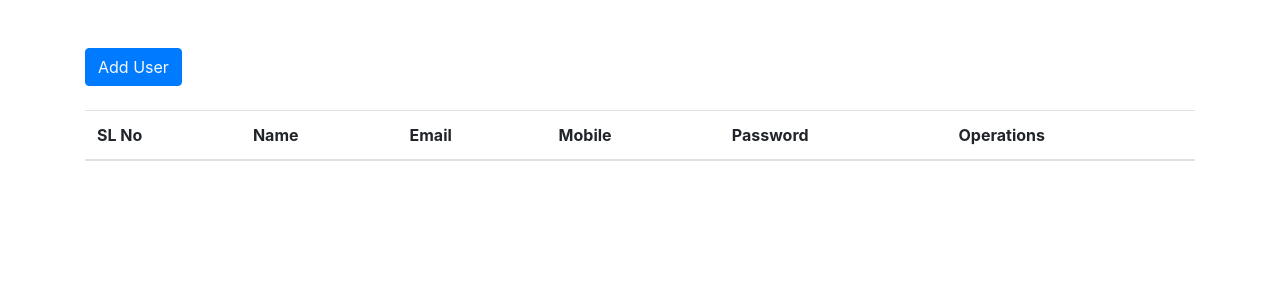
Repository: AMIT1439027/crud-app
Page: http://localhost/display.php
An editor plug-in stored every save of this project. The page is shown before and after a run of saves, followed by the edit.
The browser window is 1280 px wide. The pictures show the whole page.
The page is run by PHP 8.4 with error messages shown; the project is at /var/www/html/. Queries for data that is not in the repository find no rows.

Above is the page before, as saved 2024-04-25 10:38:39.

### display.php
<?php
 include('connect.php');
?>
<!DOCTYPE html>
<html lang="en">
<head>
    <meta charset="UTF-8">
    <meta name="viewport" content="width=device-width, initial-scale=1.0">
    <title>crud operation</title>
    <link rel="stylesheet" href="https://cdn.jsdelivr.net/npm/bootstrap@4.0.0/dist/css/bootstrap.min.css">


</head>
<body>

<div class="container my-5">
    <button class="btn btn-primary"><a href="user.php"
    class="text-light">Add User </a></button>

    <br>
    <br>

    <table class="table">
  <thead>
    <tr>
      <th scope="col">SL No</th>
      <th scope="col">Name</th>
      <th scope="col">Email</th>
      <th scope="col">Mobile</th>
      <th scope="col">Password</th>
      <th scope="col">Operations</th>

    </tr>
  </thead>
  <tbody>

  <?php

  $sql = "select *  from crud";
  $result = mysqli_query($con,$sql);

  if($result){
    // $row =mysqli_fetch_assoc($result);
    // echo $row['name'];

    while( $row =mysqli_fetch_assoc($result)){

         $id = $row["id"];
         $name = $row["name"];
         $email =$row["email"] ;
         $mobile = $row["mobile"];
         $password = $row["password"];

         echo '
         <tr>
         <th scope="row">$id</th>
         <td></td>
         <td>Otto</td>
         <td>@mdo</td>
       </tr>

         ';
    }
  }

?>
    <!-- <tr>
      <th scope="row">1</th>
      <td>Mark</td>
      <td>Otto</td>
      <td>@mdo</td>
    </tr>
    <tr>
      <th scope="row">2</th>
      <td>Jacob</td>
      <td>Thornton</td>
      <td>@fat</td>
    </tr>
    <tr>
      <th scope="row">3</th>
      <td>Larry</td>
      <td>the Bird</td>
      <td>@twitter</td>
    </tr> -->
  </tbody>
</table>

</div>


</body>
</html>

### connect.php
<?php
  $con = new mysqli('localhost', 'root', 'mysql143', 'crudoperation');

  if(!$con){
    // echo " Connection successful";
    die(mysqli_error($con));
  }
//   }else{
//     die(mysqli_error($con));
//   }

?>

After the next 2 saves:
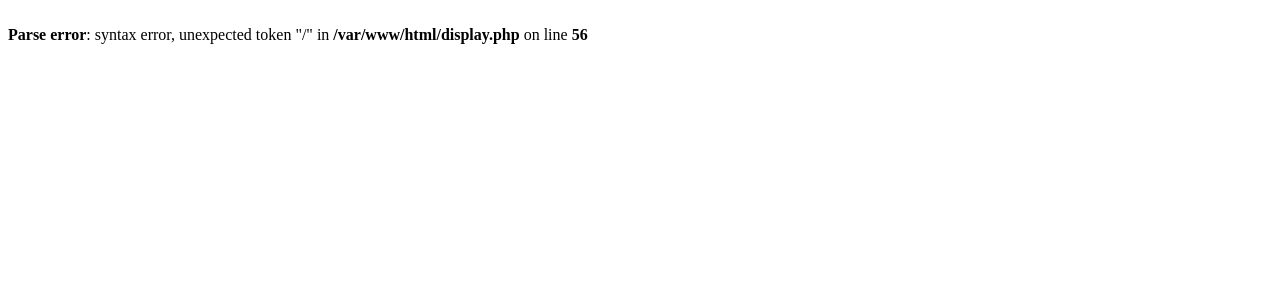
The 2 saves are shown as one change because they came seconds apart.
The last was saved 6 s later.
--- a/display.php
+++ b/display.php
@@ -53,7 +53,7 @@
 
          echo '
          <tr>
-         <th scope="row">$id</th>
+         <th scope="row">'.$id</th>
          <td></td>
          <td>Otto</td>
          <td>@mdo</td>

After the save that followed:
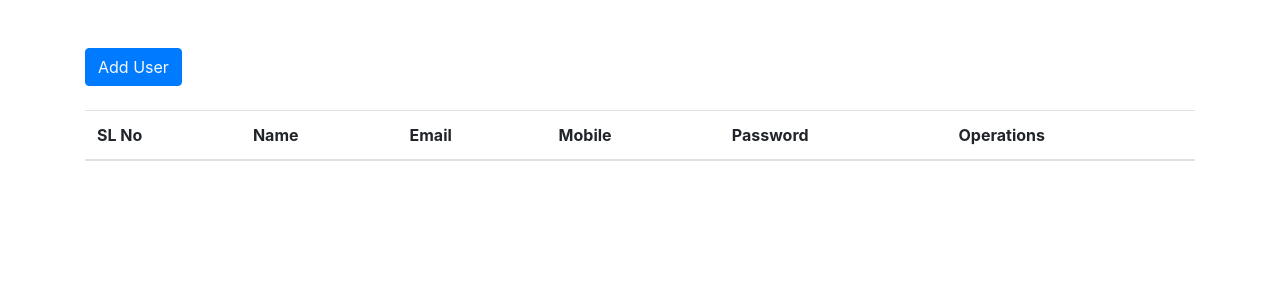
Saved 5 s later.
--- a/display.php
+++ b/display.php
@@ -53,7 +53,7 @@
 
          echo '
          <tr>
-         <th scope="row">'.$id</th>
+         <th scope="row">'.$id.'</th>
          <td></td>
          <td>Otto</td>
          <td>@mdo</td>
